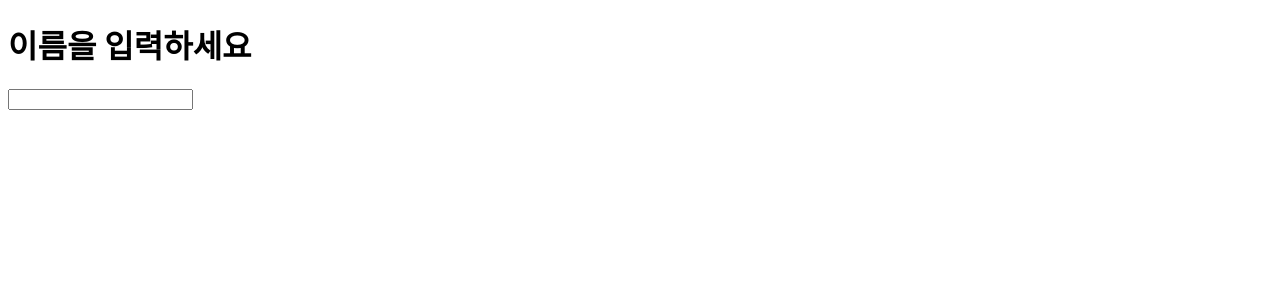
Repository: RYE415/4.jsp
Page: JQueryTest/src/main/webapp/5.ajax/11.$.getScript().html
These files come from the project's save history. The page is drawn as it stood at one moment and after the next save; the edit follows.
The browser window is 1280 px wide. The pictures show the whole page.

Above is the page before, as saved 2022-08-05 02:11:59.

After the next save:
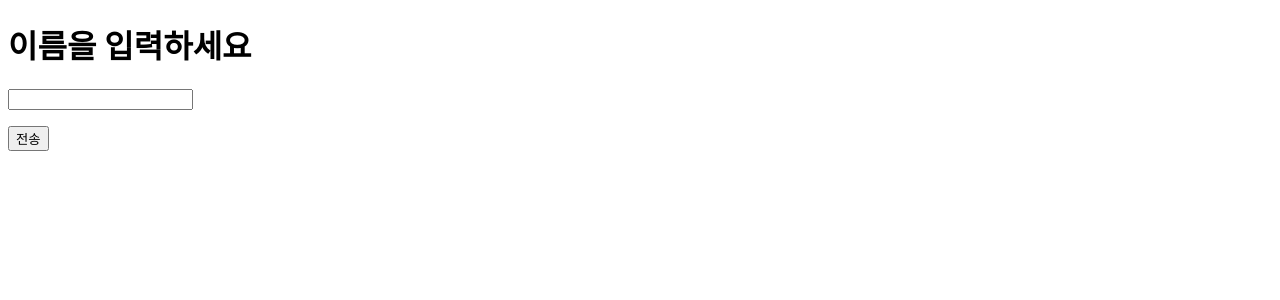
Saved 66 s later.
--- a/JQueryTest/src/main/webapp/5.ajax/11.$.getScript().html
+++ b/JQueryTest/src/main/webapp/5.ajax/11.$.getScript().html
@@ -14,6 +14,10 @@
 <body>
 	<h1>이름을 입력하세요</h1>
 	<input type="text" name="username" class="username"><br><p>
+	<button id="submit">전송</button>
+	<div id="message">
+
+	</div>
 
 </body>
 </html>
